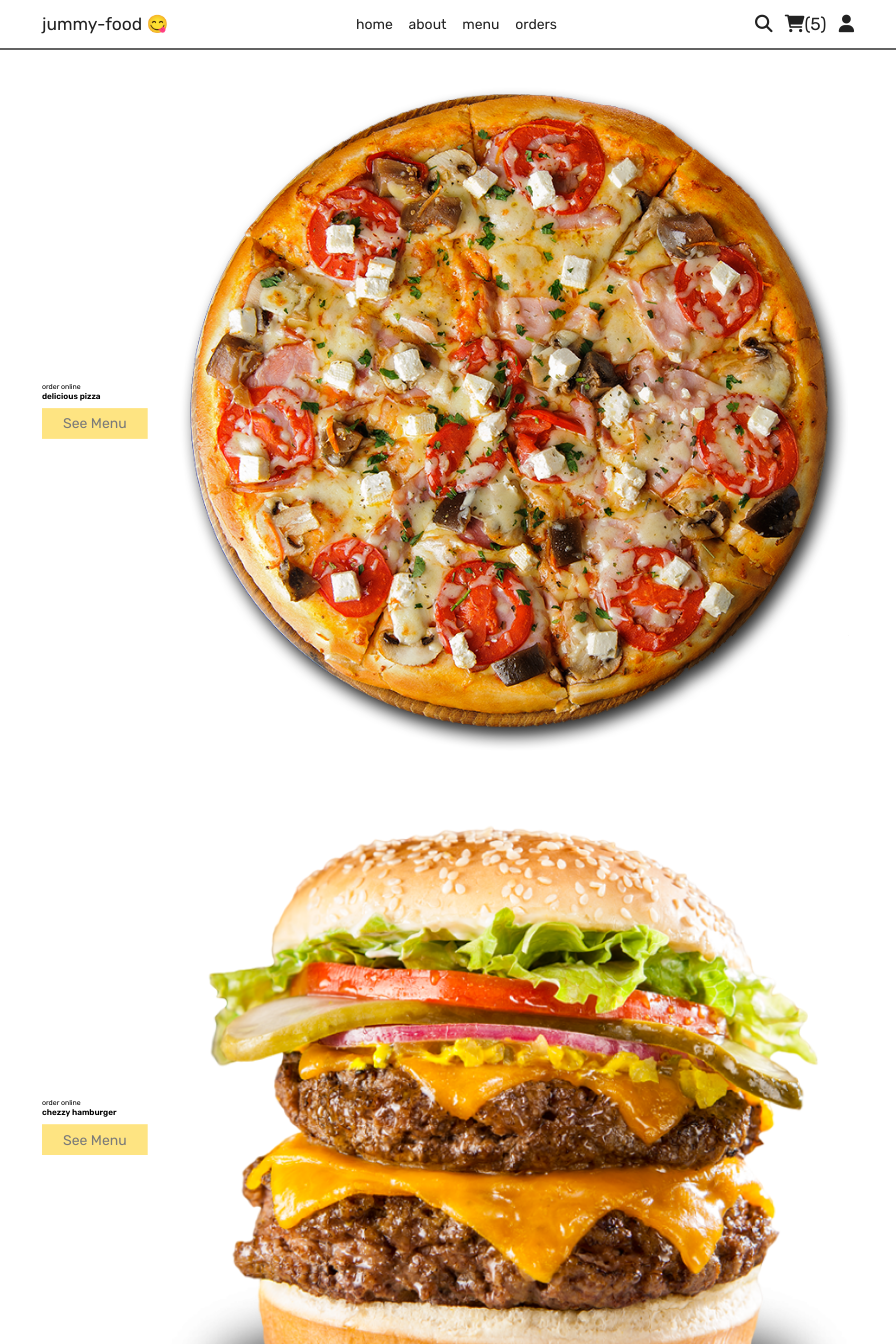
Repository: VuongLinhDinh/jummy_food
Page: home.html
The author's editor kept a copy of each file at every save. The page is drawn from the files as they stood at one save, then again after a run of saves.
The browser window is 1280 px wide. The pictures show the part of the page from y = 0 to 1920 px (the page is 3609 px tall before and 2296 px after), at 70% of full size.
Some web libraries are served in a nearby version.

Above is the page before, as saved 2023-11-07 16:42:25.

After the next 2 saves:
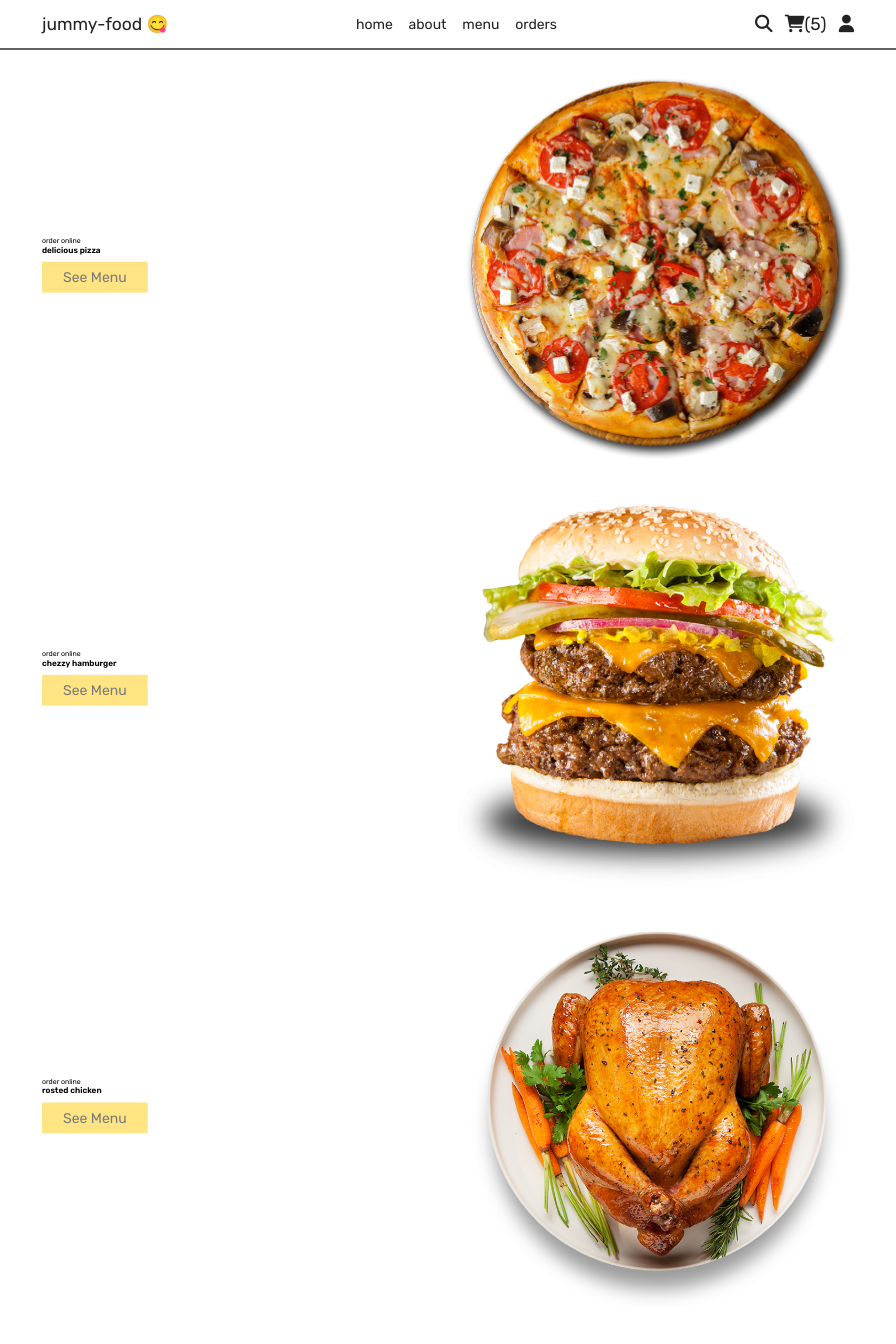
The 2 saves are shown as one change because they came seconds apart.
The last was saved 5 s later.
--- a/css/style.css
+++ b/css/style.css
@@ -148,7 +148,7 @@ section {
     width: 100%;
 }
 .hero .slide .content {
-
+    flex: 1 1 40rem;
 }
 
 
